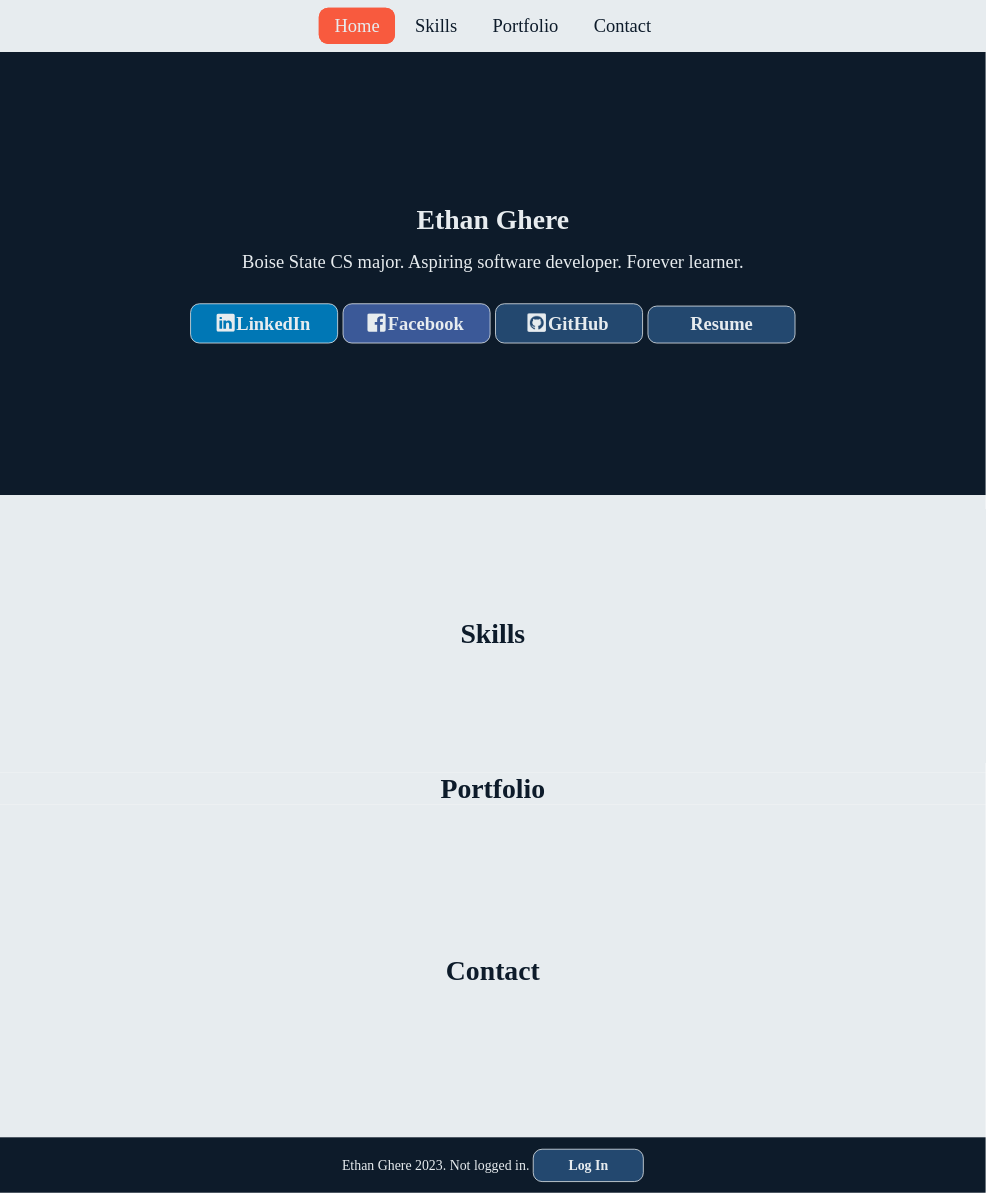
Repository: eghere-bsu/ethanghere-website
Page: http://localhost/php/index.php
An editor plug-in stored every save of this project. The page is shown before and after the next save, followed by the edit.
The browser window is 1280 px wide. The pictures show the whole page, at 77% of full size.
Some web fonts or font styles are not loaded; a fallback is used. The page is run by PHP 8.4 with error messages shown; the project is at /var/www/html/. Queries for data that is not in the repository find no rows.

Above is the page before, as saved 2023-11-27 17:15:55.

### php/index.php
<?php
require_once 'Dao.php';
require_once 'Widgets.php';

session_start();
ini_set('display_errors', 1);
error_reporting(E_ALL);

if (isset($_GET['action']) && $_GET['action'] === 'logout') {
  unset($_SESSION['auth']);
  unset($_SESSION['username']);
  unset($_SESSION['powerlvl']);
}
$loggedIn = isset($_SESSION['auth']) && $_SESSION['auth'] === true;
$loginText = $loggedIn ? 'Log Out' : 'Log In';
$loginHref = $loggedIn ? 'login_handler.php?action=logout' : '#login';
$loginClass = $loggedIn ? 'button' : 'button login-modal';
?>

<!DOCTYPE html>
<html lang="en">

<head>
  <meta charset="UTF-8">
  <title>Ethan Ghere</title>
  <link rel="stylesheet" href="../css/style.css">
  <link rel="icon" type="image/x-icon" href="../favicon.ico">
</head>

<nav>
  <div class="container">
    <ul>
      <li class="home active">
        <a href="#home" class="navlink">Home</a>
      </li>
      <li class="skills">
        <a href="#skills" class="navlink">Skills</a>
      </li>
      <li class="portfolio">
        <a href="#portfolio" class="navlink">Portfolio</a>
      </li>
      <li class="contact">
        <a href="#contact" class="navlink">Contact</a>
      </li>
    </ul>
  </div>
</nav>

<body>
  <!-- Home -->
  <section id="home">
    <h1>Ethan Ghere</h1>
    <p>Boise State CS major. Aspiring software developer. Forever learner.</p>
    <span>
      <a href="https://www.linkedin.com/in/ethan-ghere-08532a23a" class="button linkedin"><img
          src="../svg/icons8-linkedin.svg">LinkedIn</a>
      <a href="https://www.facebook.com/profile.php?id=100085450836702" class="button facebook"><img
          src="../svg/icons8-facebook-24.svg">Facebook</a>
      <a href="https://github.com/eghere-bsu" class="button"><img src="../svg/icons8-github-24.png">GitHub</a>
      <a href="../assets/resume.pdf" class="button">Resume</a>
    </span>
  </section>
  <!-- Skills -->
  <section id="skills">
    <h1>Skills</h1>
  </section>
  <!-- Portfolio -->
  <section id="portfolio">
    <h1>Portfolio</h1>
    <div class="support-grid"></div>
    <div class="band">
      <?php
      $dao = new Dao();
      $posts = $dao->getPosts();
      echo Widgets::renderCards($posts);
      ?>
    </div>
  </section>
  <!-- Contact -->
  <section id="contact">
    <h1>Contact</h1>
  </section>
  <!-- Footer -->
  <section id="footer">
    <span>
      <p>Ethan Ghere 2023.
        <?php
        if (isset($_SESSION['auth']) && $_SESSION['auth'] === true) {
          if (isset($_SESSION['username'])) {
            echo 'Logged in as ' . $_SESSION['username'];
          } else {
            echo 'Username not found.';
          }
        } else {
          echo 'Not logged in.';
        }
        ?>
        <a href="<?php echo $loginHref ?>" class="<?php echo $loginClass ?>">
          <?php echo $loginText ?>
        </a>
      </p>
    </span>
  </section>
  <!-- Login Modal -->
  <div class="modal" id="login-signup-modal">
    <div class="modal-content">
      <button class="modal-close" onclick="closeModal()">X</button>
      <span class="container">
        <ul>
          <li class="login">
            <a href="#login" class="navlink">Log In</a>
          </li>
          <li class="signup">
            <a href="#signup" class="navlink">Sign Up</a>
          </li>
        </ul>
      </span>
      <span>
        <?php
        if (isset($_SESSION['message'])) {
          echo htmlspecialchars($_SESSION['message'], ENT_QUOTES, 'UTF-8');
          unset($_SESSION['message']);
        }
        ?>
      </span>
      <form method="post" action="login_handler.php" id="login-form">
        <input placeholder="Username: " type="username" id="username" name="username" required>
        <input placeholder="Password: " type="password" id="password" name="password" required>
        <button type="submit" class="button">Log In</button>
      </form>
      <form method="post" action="signup_handler.php" id="signup-form">
        <input placeholder="Username: " type="username" id="username" name="username" required>
        <input placeholder="Password: " type="password" id="password" name="password" required>
        <input placeholder="Confirm password: " type="password" id="pwconfirm" name="pwconfirm" required>
        <button type="submit" class="button">Sign Up</button>
      </form>
      <div class="modal-body"></div>
    </div>
  </div>
  <!-- Scripts -->
  <script src="https://code.jquery.com/jquery-3.7.1.min.js"></script>
  <script src="../js/login.js"></script>
  <script src="../js/scroll.js"></script>
</body>

### php/Dao.php
<?php
ini_set('display_errors', 1);
error_reporting(E_ALL);
// Dao.php
// class for saving and getting comments from MySQL
class Dao {

  private $host;
    private $db;
    private $user;
    private $pass;

    public function __construct() {
        // Determine the server name
        $serverName = $_SERVER['SERVER_NAME'];

        // Set the database credentials based on the server name
        if ($serverName === 'localhost') {
            // Local database credentials
            $this->host = 'localhost';
            $this->db = 'db';
            $this->user = 'eghere';
            $this->pass = 'labrador';
        } else {
            // Online database credentials
            $this->host = 'vkh7buea61avxg07.cbetxkdyhwsb.us-east-1.rds.amazonaws.com';
            $this->db = 'r9n0gt3rioqj5f5n';
            $this->user = 'bf28epl5ub2me1yp';
            $this->pass = 'dbrnyuq8526w3wp3';
        }
    }

  //deployment
  //mariadb -h vkh7buea61avxg07.cbetxkdyhwsb.us-east-1.rds.amazonaws.com -u bf28epl5ub2me1yp -pdbrnyuq8526w3wp3 r9n0gt3rioqj5f5n


  public function getConnection () {
    return
      new PDO("mysql:host={$this->host};dbname={$this->db}", $this->user,
          $this->pass);
  }

  public function createUser($username, $password, $powerlvl = 0) {
    // Hash the password
    $hashedPassword = password_hash($password, PASSWORD_BCRYPT);

    $conn = $this->getConnection();
    $createUser = "INSERT INTO Users (username, password, powerlvl) VALUES (:username, :password, :powerlvl)";
    $q = $conn->prepare($createUser);
    $q->bindParam(":username", $username);
    $q->bindParam(":password", $hashedPassword);
    $q->bindParam(":powerlvl", $powerlvl);
    $q->execute();
  }

  public function usernameExists($username) {
    $conn = $this->getConnection();
    $usernameExists =
        "SELECT COUNT(*)
        FROM Users
        WHERE username = :username";
    $q = $conn->prepare($usernameExists);
    $q->bindParam(":username", $username);
    $q->execute();
    return $q->fetchColumn() > 0;
  }

  public function validateUser($username, $password) {
    //Prepare query
    $conn = $this->getConnection();
    $validateUser =
        "SELECT user_id, password, powerlvl
        FROM Users
        WHERE username = :username";
    $q = $conn->prepare($validateUser);
    $q->bindParam(":username", $username);
    $q->execute();
    //Match password
    $userRow = $q->fetch(PDO::FETCH_ASSOC);
    if ($userRow && password_verify($password, $userRow['password'])) {
        return true;
    } else {
        return false;
    }
  }

  public function getUserId($username) {
    $conn = $this->getConnection();
    $getUserId =
        "SELECT user_id
        FROM Users
        WHERE username = :username";
    $q = $conn->prepare($getUserId);
    $q->bindParam(":username", $username);
    $q->execute();

    $user_id = $q->fetchColumn();
    return $user_id;
  }

  public function getPowerlvl ($username) {
    $conn = $this->getConnection();
    $getPowerlvl =
        "SELECT powerlvl
        FROM Users
        WHERE username = :username";
    $q = $conn->prepare($getPowerlvl);
    $q->bindParam(":username", $username);
    $q->execute();

    $powerlvl = $q->fetchColumn();
    return $powerlvl;
  }

  public function createPost($user_id, $title, $description, $post_link, $image_url, $category) {
    $conn = $this->getConnection();
    $createPost = "INSERT INTO Posts (user_id, title, description, post_link, image_url, category)
                        VALUES (:user_id, :title, :description, :post_link, :image_url, :category)";
    $q = $conn->prepare($createPost);
    $q->bindParam(":user_id", $user_id);
    $q->bindParam(":title", $title);
    $q->bindParam(":description", $description);
    $q->bindParam(":post_link", $post_link);
    $q->bindParam(":image_url", $image_url);
    $q->bindParam(":category", $category);
    $q->execute();
  }

  public function getPosts() {
    $conn = $this->getConnection();

    $getPostsQuery = "SELECT * FROM Posts ORDER BY created_at DESC";
    $q = $conn->prepare($getPostsQuery);
    $q->execute();

    return $q->fetchAll(PDO::FETCH_ASSOC);
  }
}

### php/Widgets.php
<?php
class Widgets {
   public static function renderCards($posts) {
       $firstPost = true;

       foreach ($posts as $index => $post) {
           $cssClass = ($firstPost) ? 'item-1' : 'item-2';

           echo '<div class="' . $cssClass . '">';
           echo '<a href="' . $post['post_link'] . '" class="card">';
           echo '<div class="thumb" style="background-image: url(' . $post['image_url'] . ');"></div>';
           echo '<article>';
           echo '<h1>' . $post['title'] . '</h1>';
           echo '<p>' . $post['description'] . '</p>';
           echo '<span>' . $post['category'] . '</span>';
           echo '</article>';
           echo '</a>';
           echo '</div>';

           $firstPost = false;
       }
   }
}

### css/style.css
@import url("https://fonts.googleapis.com/css2?family=Roboto+Mono&display=swap");

* {
  padding: 0;
  margin: 0;
  box-sizing: border-box;
}

html {
  font-family: "Roboto Mono";
  font-size: 24px;
  scroll-behavior: smooth;
}

section {
  width: 100%;
  color: #0d1b2a;
  background-color: #e7ecef;
  display: flex;
  flex-direction: column;
  align-items: center;
  justify-content: center;
}

section#home {
  height: 80vh;
  color: #e7ecef;
  background-color: #0d1b2a;
  padding: 30px;

  *:not(:first-child) {
    margin-top: 20px;
  }
}

section#skills {
  height: 50vh;
}

/* TODO */
section#portfolio {
  .band {
    width: 90%;
    max-width: 1240px;
    margin: 0 auto;

    display: grid;

    grid-template-columns: 1fr;
    grid-template-rows: auto;
    grid-gap: 20px;

  }

  @media only screen and (min-width: 500px) {
    .band {
      grid-template-columns: 1fr 1fr;
    }
    .item-1 {
    grid-column: 1/ span 2;
    }
    .item-1 h1 {
      font-size: 30px;
    }
  }

  @media only screen and (min-width: 850px) {
    .band {
      grid-template-columns: 1fr 1fr 1fr 1fr;
    }
  }

  /* card */

  .card {
    min-height: 100%;
    background: white;
    box-shadow: 0 2px 5px rgba(0,0,0,0.1);
    display: flex;
    flex-direction: column;
    text-decoration: none;
    color: #444;
    position: relative;
    top: 0;
    transition: all .1s ease-in;
  }

  .card:hover {
    top: -2px;
    box-shadow: 0 4px 5px rgba(0,0,0,0.2);
  }

  .card article {
    padding: 20px;
    display: flex;

    flex: 1;
    justify-content: space-between;
    flex-direction: column;

  }
  .card .thumb {
    padding-bottom: 60%;
    background-size: cover;
    background-position: center center;
  }

  .card p {
    flex: 1; /* make p grow to fill available space*/
    line-height: 1.4;
  }

  .card span {
    font-size: 12px;
    font-weight: bold;
    color: #999;
    text-transform: uppercase;
    letter-spacing: .05em;
    margin: 2em 0 0 0;
  }
}

section#contact {
  height: 60vh;
}

section#footer {
  height: 10vh;
  background-color: #0d1b2a;
  color: #e7ecef;
  font-size: 18px;
}

.button {
  display: inline-block;
  padding: 10px 20px;
  width: 8em;
  text-align: center;
  text-decoration: none;
  font-weight: bold;
  border-radius: 12px;
  border: 1px solid #e7ecef;
  color: #e7ecef;
  background-color: #23486f;
  transition: 0.3s ease background-color;

  img {
    position: relative;
    top: 0.1em;
    right: 0.1em;
  }

  &:hover {
    background-color: #f85a3e;
  }

  &:hover:after {
    transition: 0.3s ease background-color;
  }
}

.button.small {
  font-size: 0.8em;
}

.linkedin {
  background-color: #0077b5;
}

.facebook {
  background-color: #3b5998;
}

/* Navigation */
nav {
  position: sticky;
  top: 0;
  background-color: #e7ecef;
  z-index: 1;
}

.container {
  width: 90%;
  max-width: 1000px;
  min-width: 200px;
  margin: 0 auto;
  text-align: center;
  padding: 10px;

  ul {
    display: inline-block;

    li {
      display: inline-block;

      a {
        display: inline-block;
        text-decoration: none;
        padding: 10px 20px;
        color: #0d1b2a;
        border-radius: 12px;
        transition: 0.3s ease background-color;

        &:hover {
          background-color: rgba(0, 0, 0, 0.25);
        }
      }
    }

    li.active {
      background-color: #f85a3e;
      transition: 0.3s ease background-color;
      border-radius: 12px;

      a {
        color: rgb(231, 236, 239);
      }

      .navlink {
        background-color: #f85a3e;
        transition: 0.3s ease background-color;
        border-radius: 12px;
      }
    }
  }
}


/* Modal */
.modal {
  display: none; /* Hide the modal by default */
  position: fixed;
  top: 0;
  left: 0;
  width: 100%;
  height: 100%;
  background-color: rgba(0, 0, 0, 0.4);
  z-index: 1;
}

.modal-content {
  position: fixed;
  top: 50%;
  left: 50%;
  transform: translate(-50%, -50%);
  width: 40%;
  background-color: #e7ecef;
  color: #0d1b2a;
  padding: 20px;

  form {
    display: flex;
    flex-direction: column;
    align-items: center;
    width: 100%;
  }

  form label {
    margin-bottom: 10px;
  }

  form input {
    width: 100%;
    padding: 10px;
    border: 1px solid #ccc;
    border-radius: 4px;
  }

  form button {
    padding: 10px 20px;
    background-color: #23486f;
    border: none;
    border-radius: 4px;
    cursor: pointer;
    text-decoration: none;
  }

  & > .modal-close {
    position: absolute;
    top: 10px;
    right: 10px;
    width: 2em;
    height: 2em;
    border: none;
    border-radius: 4px;
    cursor: pointer;
    background-color: #23486f;
    color: #e7ecef;
  }

  & > .container {
    display: flex;
    justify-content: center;

    & > a {
      color: #0d1b2a;
    }
  }
}

.modal-body {
  display: flex;
  flex-direction: column;
  justify-content: center;
}

.form-container {
  max-width: 400px;
  width: 100%;
  margin: 0 auto;
  position: relative;
}

### svg/icons8-linkedin.svg
<svg xmlns="http://www.w3.org/2000/svg" xmlns:xlink="http://www.w3.org/1999/xlink" viewBox="0,0,256,256" width="24px" height="24px"><g transform="translate(-24.32,-24.32) scale(1.19,1.19)"><g fill="#e7ecef" fill-rule="nonzero" stroke="none" stroke-width="1" stroke-linecap="butt" stroke-linejoin="miter" stroke-miterlimit="10" stroke-dasharray="" stroke-dashoffset="0" font-family="none" font-weight="none" font-size="none" text-anchor="none" style="mix-blend-mode: normal"><g transform="scale(5.12,5.12)"><path d="M41,4h-32c-2.76,0 -5,2.24 -5,5v32c0,2.76 2.24,5 5,5h32c2.76,0 5,-2.24 5,-5v-32c0,-2.76 -2.24,-5 -5,-5zM17,20v19h-6v-19zM11,14.47c0,-1.4 1.2,-2.47 3,-2.47c1.8,0 2.93,1.07 3,2.47c0,1.4 -1.12,2.53 -3,2.53c-1.8,0 -3,-1.13 -3,-2.53zM39,39h-6c0,0 0,-9.26 0,-10c0,-2 -1,-4 -3.5,-4.04h-0.08c-2.42,0 -3.42,2.06 -3.42,4.04c0,0.91 0,10 0,10h-6v-19h6v2.56c0,0 1.93,-2.56 5.81,-2.56c3.97,0 7.19,2.73 7.19,8.26z"></path></g></g></g></svg>

### svg/icons8-facebook-24.svg
<svg xmlns="http://www.w3.org/2000/svg" xmlns:xlink="http://www.w3.org/1999/xlink" viewBox="0,0,256,256" width="24px" height="24px"><g transform="translate(-43.52,-43.52) scale(1.34,1.34)"><g fill-opacity="0" fill="#d72020" fill-rule="nonzero" stroke="none" stroke-width="1" stroke-linecap="butt" stroke-linejoin="miter" stroke-miterlimit="10" stroke-dasharray="" stroke-dashoffset="0" font-family="none" font-weight="none" font-size="none" text-anchor="none" style="mix-blend-mode: normal"><path d="M32.47761,223.52239v-191.04478h191.04478v191.04478z" id="bgRectangle"></path></g><g fill="#e7ecef" fill-rule="nonzero" stroke="none" stroke-width="1" stroke-linecap="butt" stroke-linejoin="miter" stroke-miterlimit="10" stroke-dasharray="" stroke-dashoffset="0" font-family="none" font-weight="none" font-size="none" text-anchor="none" style="mix-blend-mode: normal"><g transform="scale(10.66667,10.66667)"><path d="M19,3h-14c-1.105,0 -2,0.895 -2,2v14c0,1.105 0.895,2 2,2h7.621v-6.961h-2.343v-2.725h2.343v-2.005c0,-2.324 1.421,-3.591 3.495,-3.591c0.699,-0.002 1.397,0.034 2.092,0.105v2.43h-1.428c-1.13,0 -1.35,0.534 -1.35,1.322v1.735h2.7l-0.351,2.725h-2.365v6.965h3.586c1.105,0 2,-0.895 2,-2v-14c0,-1.105 -0.895,-2 -2,-2z"></path></g></g></g></svg>

### js/login.js
$(document).ready(function () {
   // Open login-signup modal
   $('.login-modal').click(function () {
      $('#login-signup-modal').show();
      $('#login-form').show();
      $('#signup-form').hide();
      $('.signup').removeClass('active');
      $('.login').addClass('active');
   });

   // Login button
   $('.login').click(function () {
      $('#login-form').show();
      $('#signup-form').hide();
      $('.signup').removeClass('active');
      $('.login').addClass('active');
   });

   // Show the signup form when the signup button is clicked
   $('.signup').click(function () {
      $('#signup-form').show();
      $('#login-form').hide();
      $('.login').removeClass('active');
      $('.signup').addClass('active');
   });

   // Close modal
   $('.modal-close').click(function () {
      $('#login-signup-modal').hide();
   });

   // Handle modal opening from a redirect
   if (window.location.href.indexOf('#login') !== -1 || window.location.href.indexOf('#signup') !== -1) {
      $('#login-signup-modal').show();

      if (window.location.href.indexOf('#login') !== -1) {
         $('#login-form').show();
         $('#signup-form').hide();
         $('.login').addClass('active');
         $('.signup').removeClass('active');
      } else {
         $('#signup-form').show();
         $('#login-form').hide();
         $('.signup').addClass('active');
         $('.login').removeClass('active');
      }
   }

   $('#login-button').click(function() {
      if ($('#login-button').text() === 'Log In') {
        // User is logging in, redirect to login page
        window.location.href = 'login.php';
      } else {
        // User is logging out, redirect to logout page
        window.location.href = 'logout.php';
      }
    });
});

### js/scroll.js
const sections = document.querySelectorAll("section");
const navLi = document.querySelectorAll("nav .container ul li");
window.addEventListener("scroll", () => {
  let current = "";
  sections.forEach((section) => {
    const sectionTop = section.offsetTop;
    const sectionHeight = section.clientHeight;
    if (pageYOffset >= sectionTop - sectionHeight / 3) {
      current = section.getAttribute("id");
    }
  });

  navLi.forEach((li) => {
    li.classList.remove("active");
    if (li.classList.contains(current)) {
      li.classList.add("active");
    }
  });
});

After the next save:
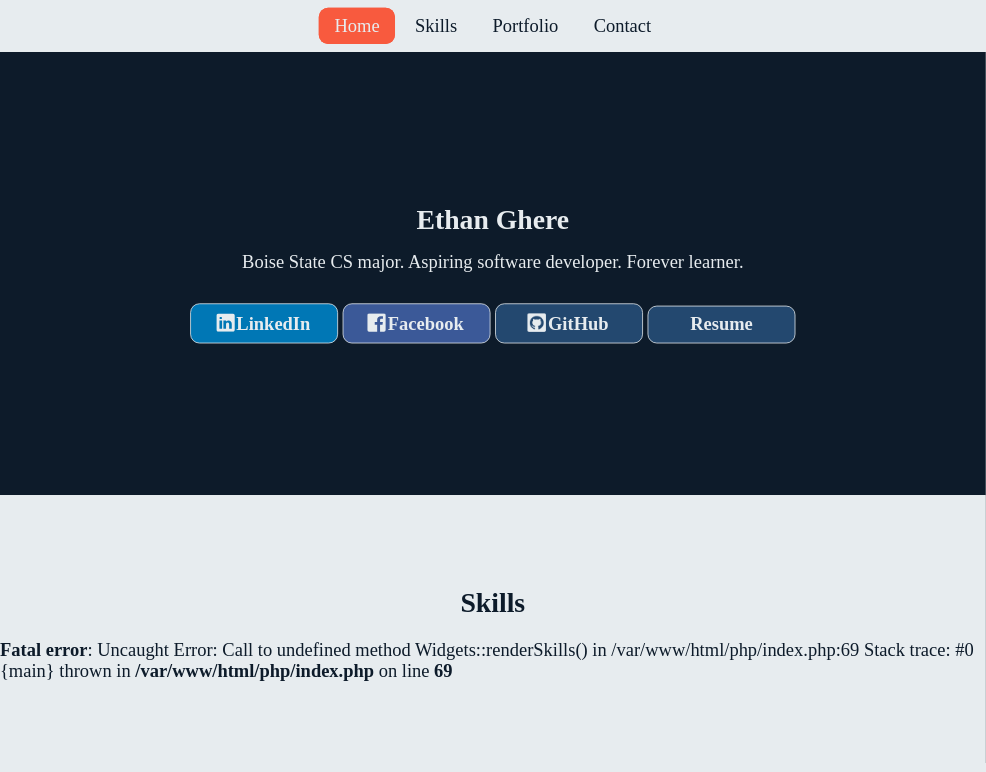
Saved 8 min 31 s later.
--- a/php/index.php
+++ b/php/index.php
@@ -63,6 +63,11 @@
   <!-- Skills -->
   <section id="skills">
     <h1>Skills</h1>
+    <ul class="skills-list">
+      <?php
+      $skills = glob('../skills/.*svg');
+      Widgets::renderSkills($skills);
+      ?>
   </section>
   <!-- Portfolio -->
   <section id="portfolio">
